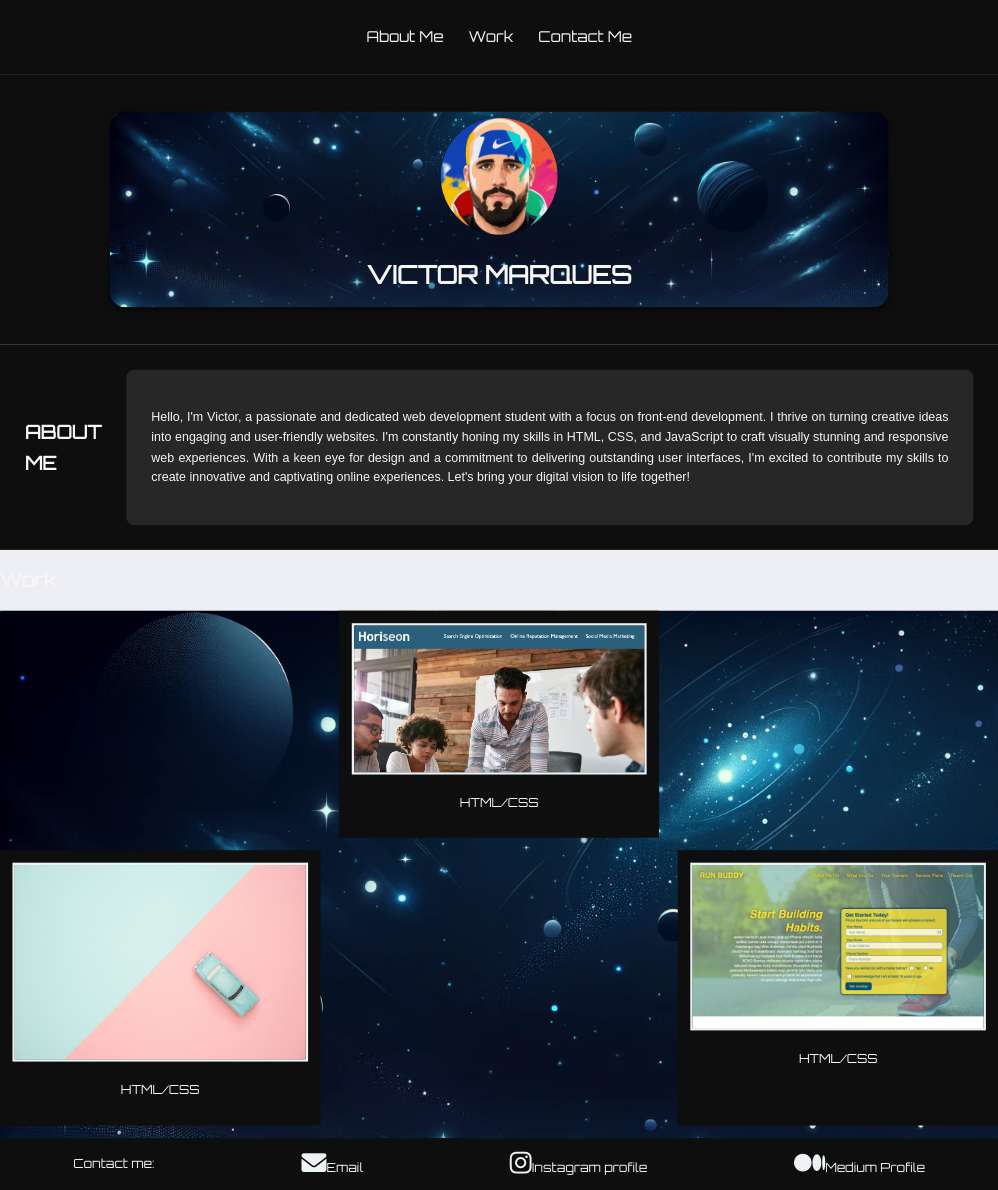
Repository: uvee35/Challenge2-Victor
Page: index.html
An editor plug-in stored every save of this project. The page is shown before and after the next save, followed by the edit.
The browser window is 1280 px wide. The pictures show the whole page, at 78% of full size.

Above is the page before, as saved 2023-12-12 22:27:23.

### index.html
<!DOCTYPE html>
<html lang="en-gb">
  <head>
    <meta charset="UTF-8" />
    <meta name="viewport" content="width=device-width, initial-scale=1.0" />
    <meta http-equiv="X-UA-Compatible" content="ie=edge" />
    <title>Victor Marques Portfolio</title>
    <link rel="stylesheet" href="assets/style.css" />
    <link
      href="https://cdnjs.cloudflare.com/ajax/libs/font-awesome/6.0.0-beta3/css/all.min.css"
      rel="stylesheet"
    />
    <link
      href="https://fonts.googleapis.com/css?family=Orbitron&display=swap"
      rel="stylesheet"
    />
  </head>

  <body>
    <header class="header">
      <nav class="header__nav">
        <ul class="nav__list">
          <li class="nav__item">
            <a href="#about-me" class="nav__link">About Me</a>
          </li>
          <li class="nav__item">
            <a href="#work" class="nav__link">Work</a>
          </li>
          <li class="nav__item">
            <a href="#footer" class="nav__link">Contact Me</a>
          </li>
        </ul>
      </nav>
    </header>

    <section class="hero-banner">
      <div class="hero-banner__content">
        <img src="assets/victor.JPG" alt="Victor" class="about__image" />
        <h1>VICTOR MARQUES</h1>
      </div>
    </section>

    <main class="page-wrapper">
      <section id="about-me"></section>
      <section class="about-section">
        <h2 class="about-title">ABOUT ME</h2>
        <div class="about-box">
          <p class="about-me-text">
            Hello, I'm Victor, a passionate and dedicated web development
            student with a focus on front-end development. I thrive on turning
            creative ideas into engaging and user-friendly websites. I'm
            constantly honing my skills in HTML, CSS, and JavaScript to craft
            visually stunning and responsive web experiences. With a keen eye
            for design and a commitment to delivering outstanding user
            interfaces, I'm excited to contribute my skills to create innovative
            and captivating online experiences. Let's bring your digital vision
            to life together!
          </p>
        </div>
      </section>

      <section class="page-section" id="work">
        <h2 class="section-title">Work</h2>
        <div class="work__projects">
          <!-- Top featured project -->
          <div class="project project--featured">
            <img
              src="./assets/project.png"
              alt="Featured Project"
              class="work__image"
            />
            <p class="project-description">HTML/CSS</p>
          </div>
          <!-- Projects Row for two projects -->
          <div class="project-row">
            <!-- First project -->
            <div class="project">
              <img
                src="./assets/02-portfolio-3.jpg"
                alt="Project 1"
                class="work__image"
              />
              <p class="project-description">HTML/CSS</p>
            </div>
            <!-- Second project -->
            <div class="project">
              <img
                src="./assets/02-run-buddy.jpg"
                alt="Project 2"
                class="work__image"
              />
              <p class="project-description">HTML/CSS</p>
            </div>
          </div>
        </div>
      </section>
    </main>

    <footer class="footer">
      <div class="footer__contact-info">
        <span class="footer__contact-header">Contact me:</span>
        <a href="mailto:victormarquesrina@hotmail.com" class="contact-link">
          <i class="fas fa-envelope social-icon"></i><span>Email</span>
        </a>
        <a href="https://www.instagram.com/Uvee35" class="contact-link">
          <i class="fab fa-instagram social-icon"></i
          ><span>Instagram profile</span>
        </a>
        <a href="https://medium.com/@victor5.vm58" class="contact-link">
          <i class="fab fa-medium social-icon"></i><span>Medium Profile</span>
        </a>
      </div>
    </footer>
  </body>
</html>

### assets/style.css
:root {
  --primary-color: #edeef3;
  --secondary-color: #0e0e0e;
  --accent-color: #edf2f4;
  --font-color: #f6f6f6;
  --font-family: 'Orbitron', sans-serif;
}

*,
*::before,
*::after {
  box-sizing: border-box;
}

body {
  font-family: var(--font-family);
  color: var(--font-color);
  background-color: var(--primary-color);
  line-height: 1.6;
  margin: 0;
  padding: 0;
  display: flex;
  flex-direction: column;
  min-height: 100vh;
}

.project {
  overflow: hidden;
}



.project:hover .work__image {
  transform: scale(1.05);
  transition: transform 0.3s ease;
}

.work__image {
  display: block;
  width: 100%;
  max-width: 300px;
  min-width: 100px;
  height: auto;
  transition: transform 0.3s ease;
  margin: 0 auto;
}

.header {
  display: flex;
  justify-content: center;
  align-items: center;
  padding: 1rem;
  background-color: #0e0e0e;
}

.nav__list {
  display: flex;
  justify-content: center;
  align-items: center;
  list-style: none;
  padding: 0;
}

.nav__item {
  margin: 0 1rem;
}

.nav__link {
  color: var(--font-color);
  text-decoration: none;
  font-size: 1.2rem;
}

.hero-banner {
  padding: 1rem;
  text-align: center;
  background-color: #0e0e0e;
}

.hero-banner__content {
  max-width: 600px;
  margin: auto;
  background-image: url('../assets/background.png');
  background-size: cover;
  background-position: center;
  padding: 0.5rem 0;
  text-align: center;
  display: flex;
  flex-direction: column;
  align-items: center;
  justify-content: center;
  border-radius: 20px;
  margin: 2rem;
  box-shadow: 0 4px 8px rgba(0, 0, 0, 0.5);
  width: 80%;
  max-width: 1200px;
  margin-left: auto;
  margin-right: auto;
}

.hero-banner h1 {
  font-size: 2rem;
  margin-bottom: 0.5rem;
}

.about__image {
  width: 150px;
  height: 150px;
  border-radius: 50%;
  object-fit: cover;
}

.about-section {
  background-color: var(--secondary-color);
  padding: 2rem;
  display: flex;
  justify-content: space-between;
  align-items: center;
}

.about-title {
  color: var(--font-color);
  font-size: 1.5rem;
  margin-right: 2rem;
}

.about-box {
  flex-grow: 1;
  background: rgba(255, 255, 255, 0.1);
  padding: 2rem;
  border-radius: 10px;
  color: var(--font-color);
  font-size: 1rem;
  text-align: justify;
  font-family: Arial, Helvetica, sans-serif;
}



.project {
  background-color: var(--secondary-color);
  padding: 1rem;
  width: calc(33.333% - 1rem);
  margin-bottom: 1rem;
  grid-template-columns: repeat(2, 1fr); /* Two columns layout for the underneath images */
  gap: 2rem;
}

.project--featured {
  max-width: 500px;
  margin: auto;
  grid-column: 1 / -1;


}

.project img {
  max-width: 500px;
  height: auto;
  border: 3px solid var(--accent-color);
}
.work__projects {
  display: grid;
  grid-template-columns: repeat(1, 1fr); /* One column layout for the top image */
  gap: 1rem;
  background-image: url(../assets/background.png);
}
.project--featured {
  grid-column: 1 / -1; /* Make the featured project span full width */
}


.project-row {
  display: flex;
  justify-content: space-between;
  width: 100%;

}

.project-description {
  text-align: center;
  padding-top: 0.5rem; /* Space between image and description text */
}


.footer {
  background-color: var(--secondary-color);
  color: var(--primary-color);
  text-align: center;
  padding: 1rem 0;
  display: flex;
  justify-content: space-around;
  align-items: center;
  margin-top: auto;
}

.footer a {
  color: var(--primary-color);
  text-decoration: none;
}

.footer__contact-info {
  display: flex;
  justify-content: space-around;
  align-items: center;
  width: 100%;
}

.social-icon {
  font-size: 2rem;
  color: var(--accent-color);
}



@media (max-width: 768px) {
  .work__projects {
    grid-template-columns: 1fr; /* Stack images on smaller screens */
  }
}


/* Responsive adjustments for tablet devices */
@media (max-width: 768px) {
  .work__image {
    max-width: 150px;
  }

  .project {
    width: calc(50% - 1rem);
  }

  .project--featured {
    width: calc(66.666% - 1rem);
  }

  .about-box {
    width: 90%;
    padding: 1rem;
  }

  .footer__contact-info {
    flex-direction: column;
    gap: 1rem;
  }

  .social-icon {
    font-size: 2.5rem;
  }
}

/* Responsive adjustments for mobile devices */
@media (max-width: 480px) {
  .work__image {
    max-width: 100px;
  }

  .nav__list {
    flex-direction: column;
    align-items: center;
  }

  .nav__item {
    margin-bottom: 0.5rem;
  }

  .project,
  .project--featured {
    width: 100%;
  }

  .about-section {
    flex-direction: column;
    text-align: center;
  }

  .hero-banner__content {
    background-image: url('../assets/background.png');
  }

  .about-title {
    margin: 0 0 1rem 0;
  }

  .about-box {
    padding: 1rem;
  }

  .footer__contact-info {
    flex-direction: column;
    gap: 1rem;
  }

  .social-icon {
    font-size: 2.5rem;
  }
}

After the next save:
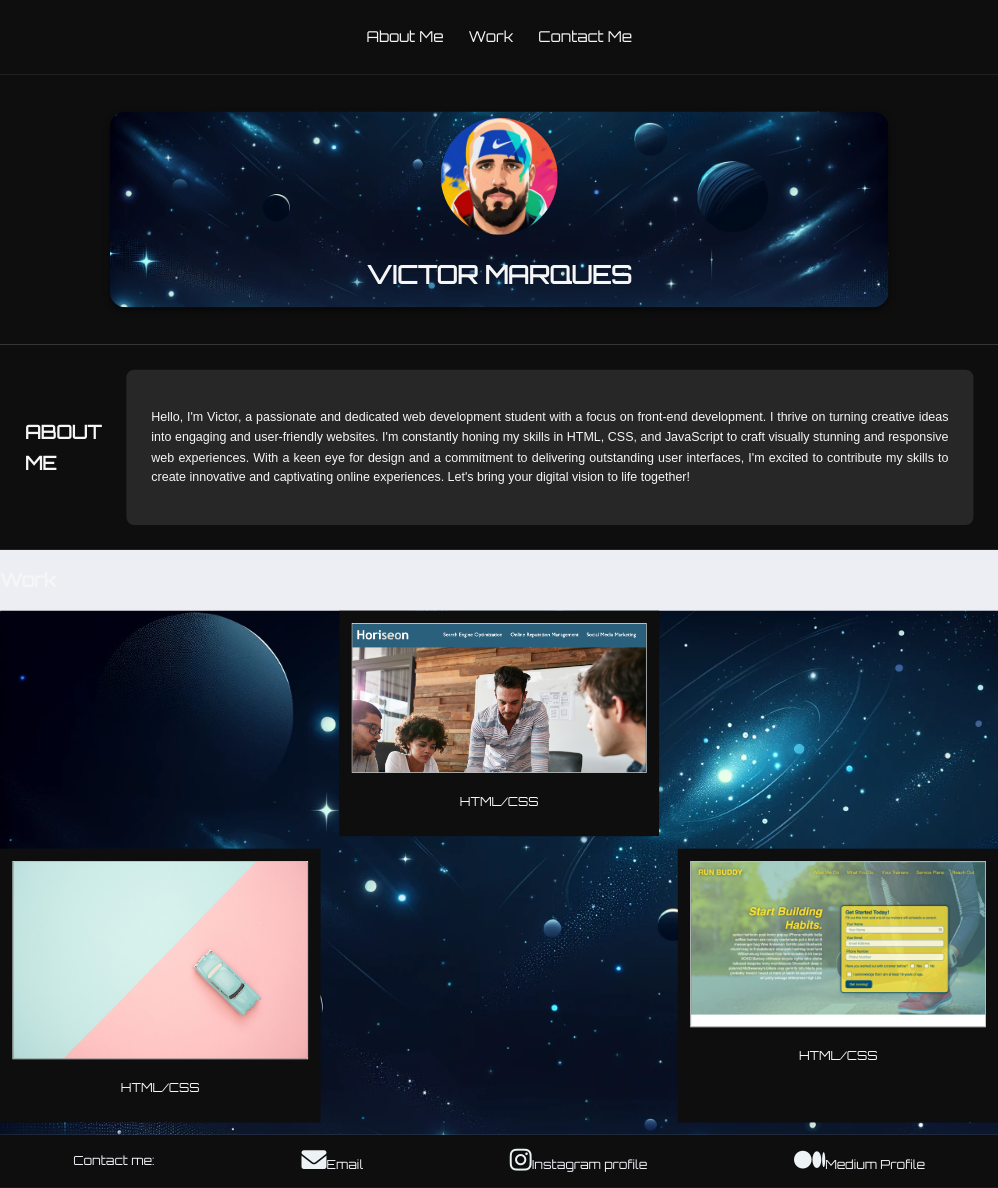
Saved 2 min 31 s later.
--- a/assets/style.css
+++ b/assets/style.css
@@ -157,7 +157,7 @@
 .project img {
   max-width: 500px;
   height: auto;
-  border: 3px solid var(--accent-color);
+  border: 1px solid var(--accent-color);
 }
 .work__projects {
   display: grid;
